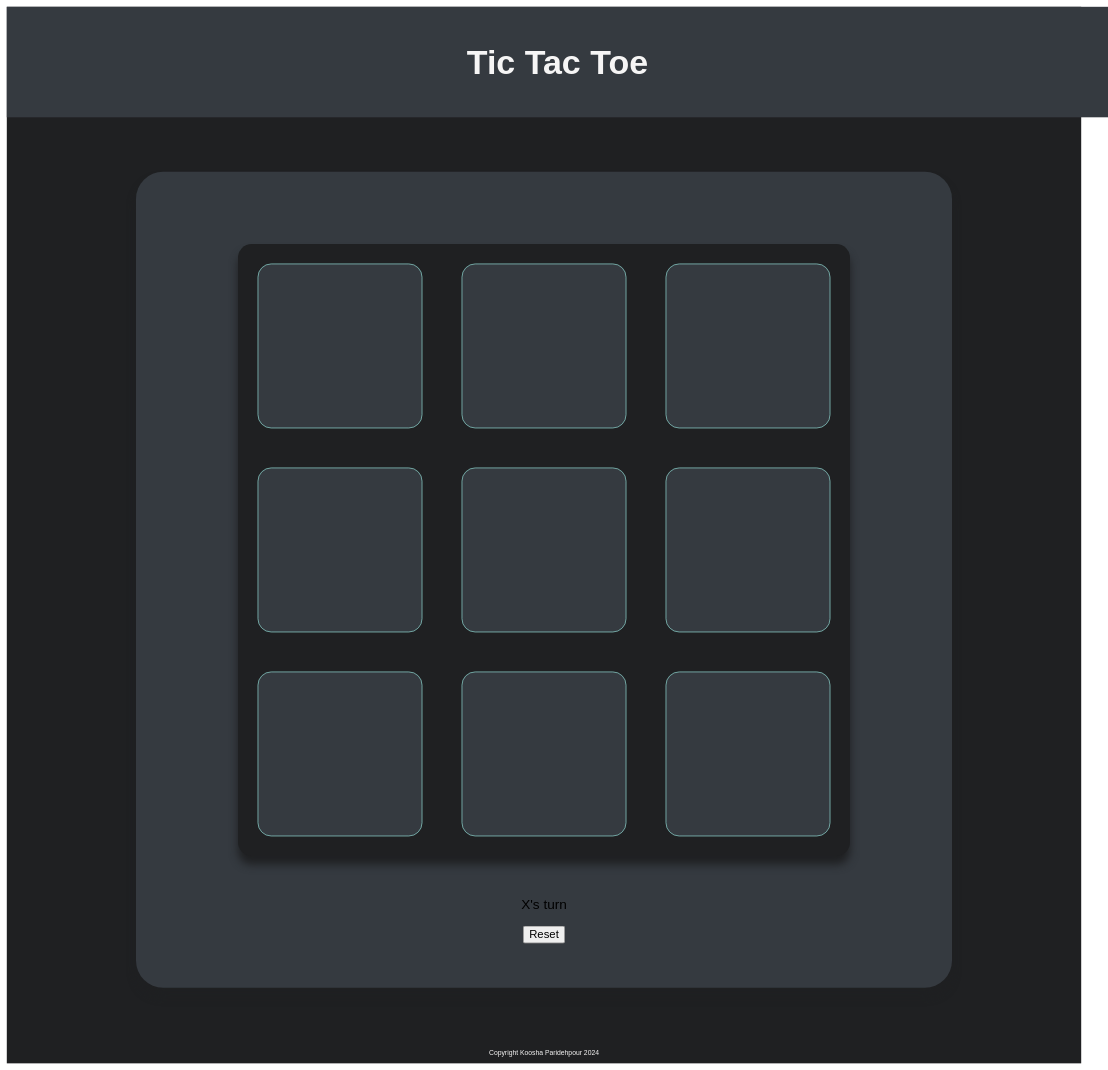
Repository: KooshaPari/odin-TTT
Page: index.html
These files come from the project's save history. The page is drawn as it stood at one moment and after the next save; the edit follows.
The browser window is 1280 px wide. The page is 1304 px wide, so the pictures cover 1304 px, including what lies to the right of the window. The pictures show the whole page, at 85% of full size.

Above is the page before, as saved 2024-03-14 23:44:42.

After the next save:
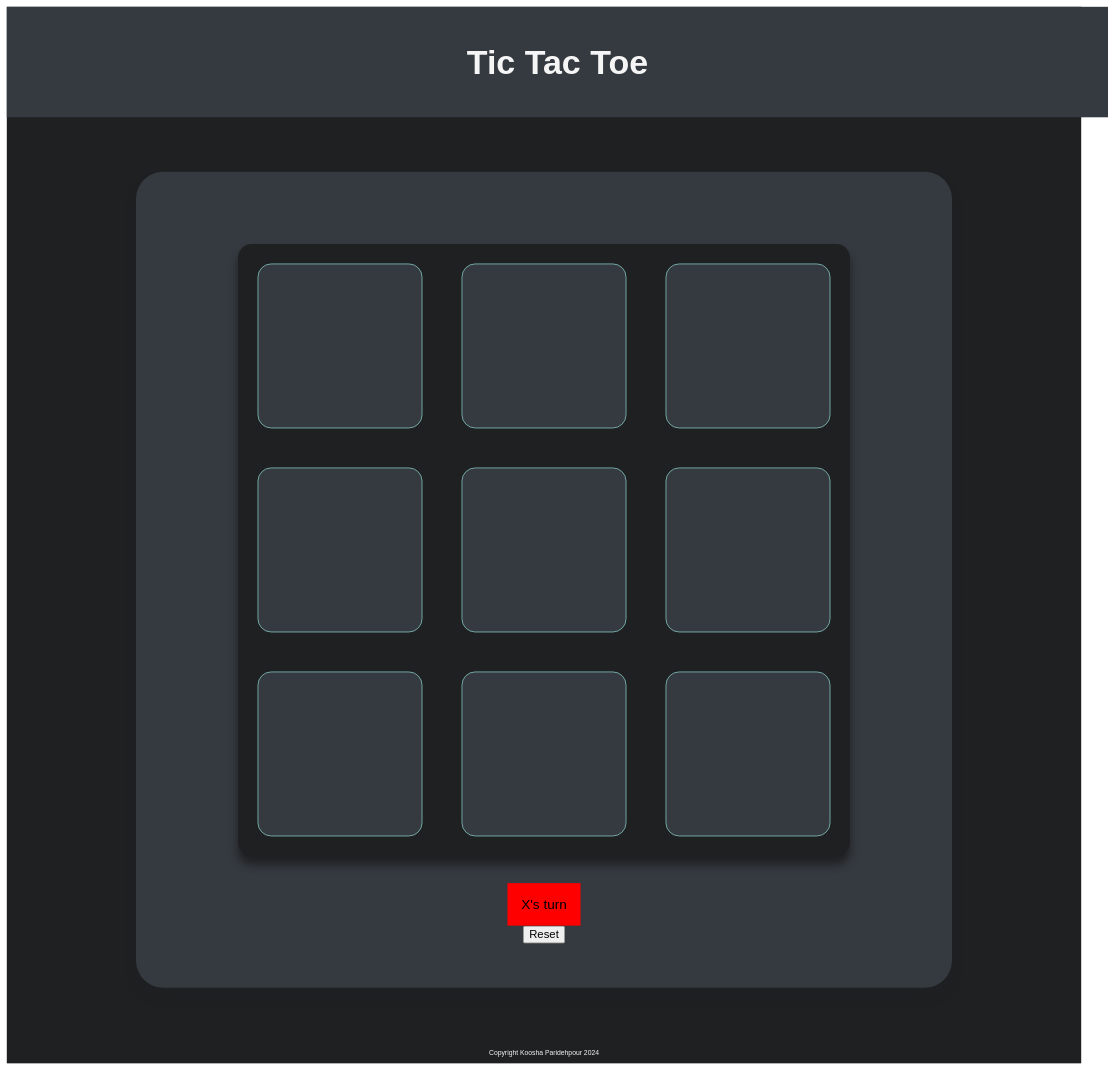
Saved 11 s later.
--- a/style.css
+++ b/style.css
@@ -152,4 +152,4 @@
   -ms-transform: scale(1.1) translate(0, 0.5em);
   -o-transform: scale(1.1) translate(0, 0.5em);
 }
-#status{padding:1em;}
+#status{ padding:1em; background-color:red}
